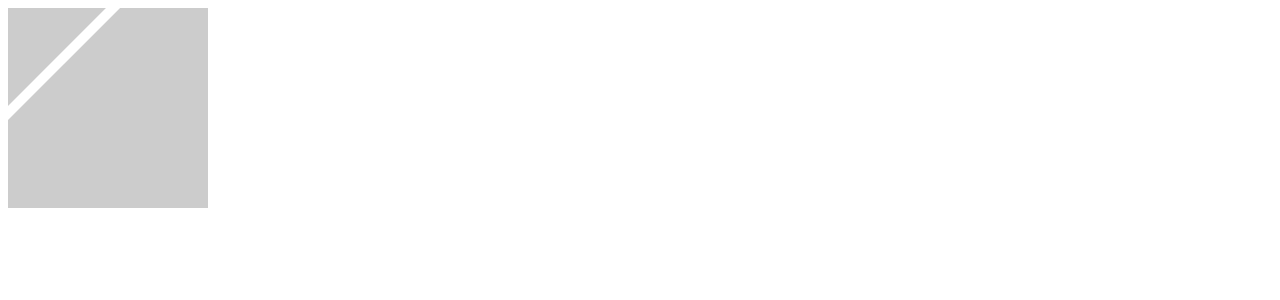
Repository: yaoxin1996/All-kinds-of-practice
Page: html/index.html
The author's editor kept a copy of each file at every save. The page is drawn from the files as they stood at one save, then again after the next save.
The browser window is 1280 px wide. The pictures show the whole page.

Above is the page before, as saved 2022-05-22 10:04:43.

After the next save:
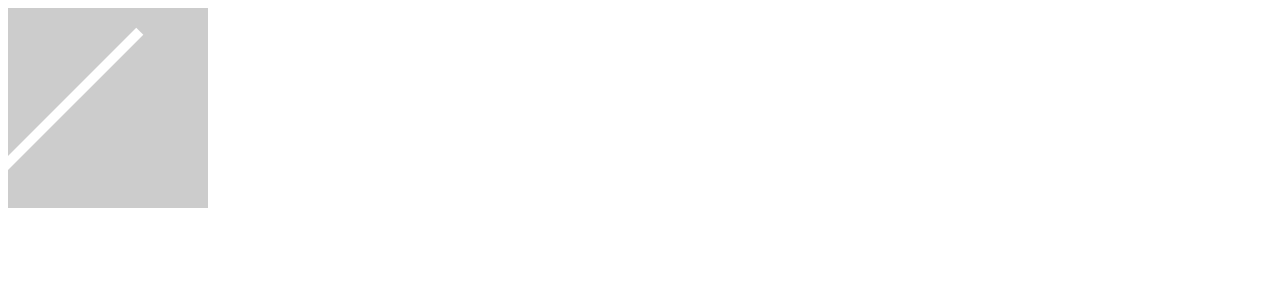
Saved 33 s later.
--- a/html/index.html
+++ b/html/index.html
@@ -23,7 +23,7 @@
     transform: rotate(45deg);
     background-color: #fff;
     position: absolute;
-    top: -100px;
+    top: -50px;
     left: -50px;
   }
   .box:hover .inner::after{
